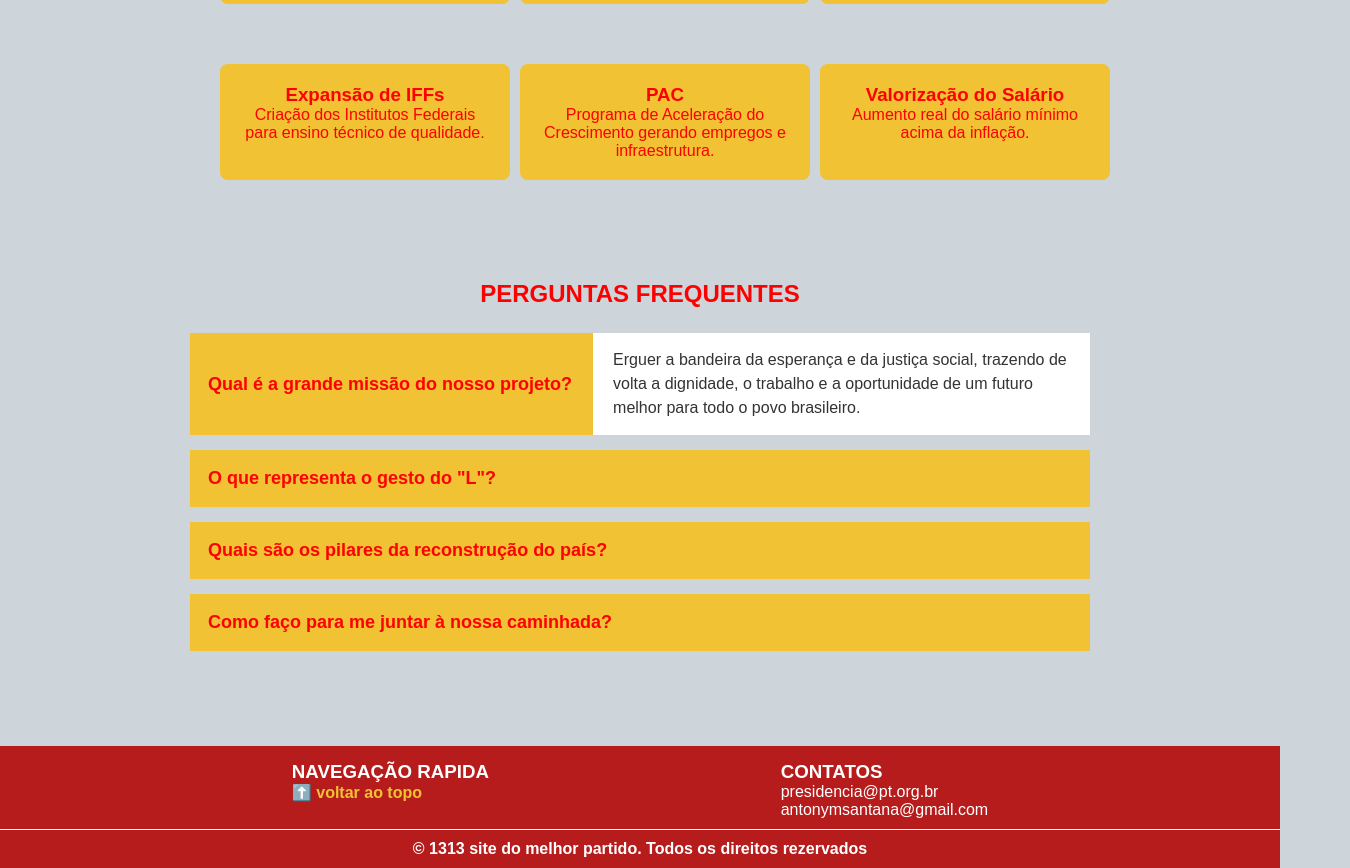
Repository: antonymsantana-design/second.revision
Page: html/html.html
The author's editor kept a copy of each file at every save. The page is drawn from the files as they stood at one save, then again after the next save.
The browser window is 1280 px wide. The page is 1350 px wide, so the pictures cover 1350 px, including what lies to the right of the window. The pictures show the part of the page from y = 1884 to 2752 px (the page is 2752 px tall before and 2707 px after).
After loading, the first visible `button.crd-pergunta` was clicked once.

Above is the page before, as saved 2026-09-05 13:50:06.

After the next save:
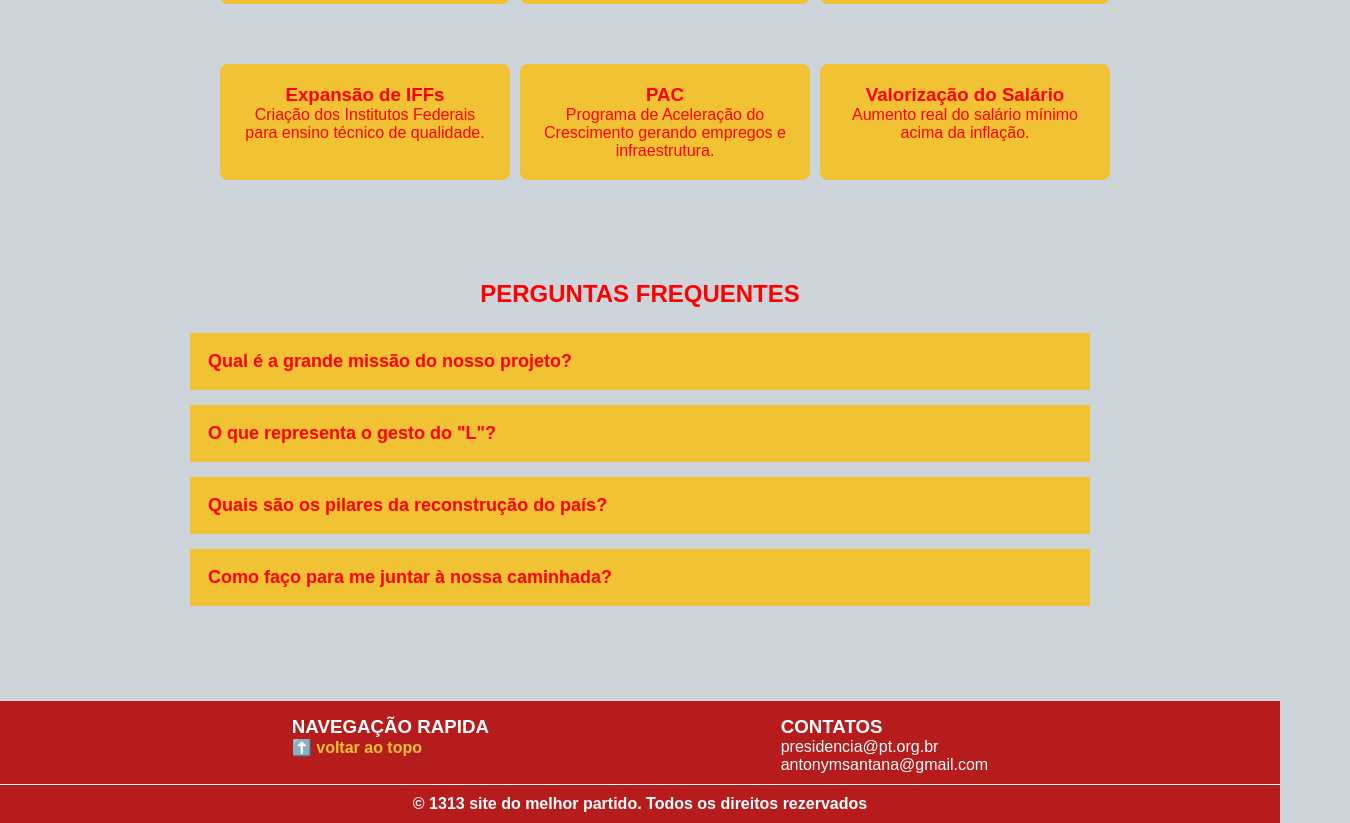
Console error: ReferenceError: resposta is not defined
Saved 2 min 4 s later.
--- a/js/js.js
+++ b/js/js.js
@@ -47,6 +47,9 @@
 const mostrarResp = document.querySelector(".crd-item")
 
 perguntas.onclick = function () {
-    respostas.classList.add("ativo")
-    mostrarResp.classList.add("ativo")
+   if (resposta.style.display === "none") {
+        resposta.style.display = "block";
+    } else {
+        resposta.style.display = "none";
+    }
 }

After the save that followed:
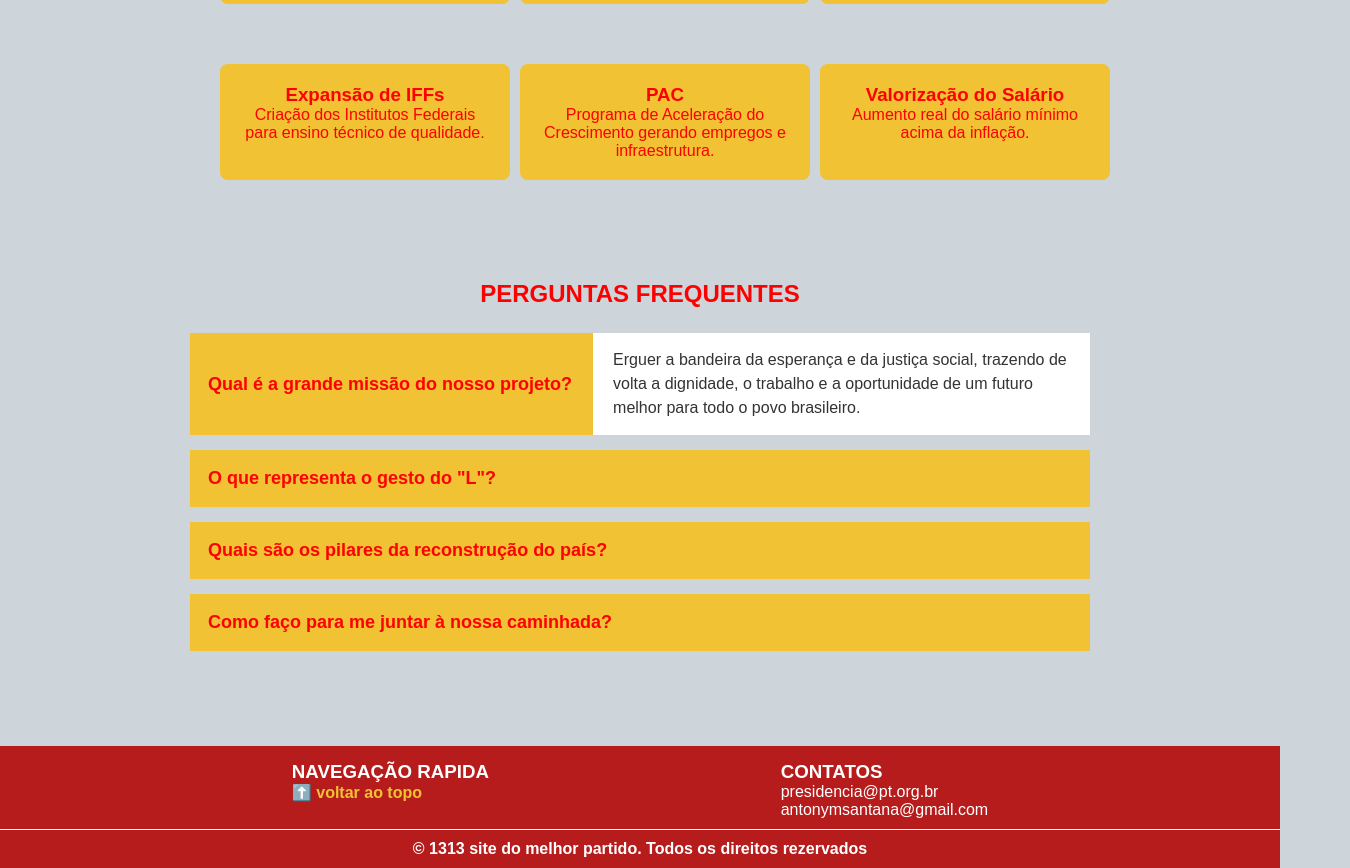
The error is gone.
Saved 27 s later.
--- a/js/js.js
+++ b/js/js.js
@@ -47,9 +47,6 @@
 const mostrarResp = document.querySelector(".crd-item")
 
 perguntas.onclick = function () {
-   if (resposta.style.display === "none") {
-        resposta.style.display = "block";
-    } else {
-        resposta.style.display = "none";
-    }
+    respostas.classList.add("ativo")
+    mostrarResp.classList.add("ativo")
 }
